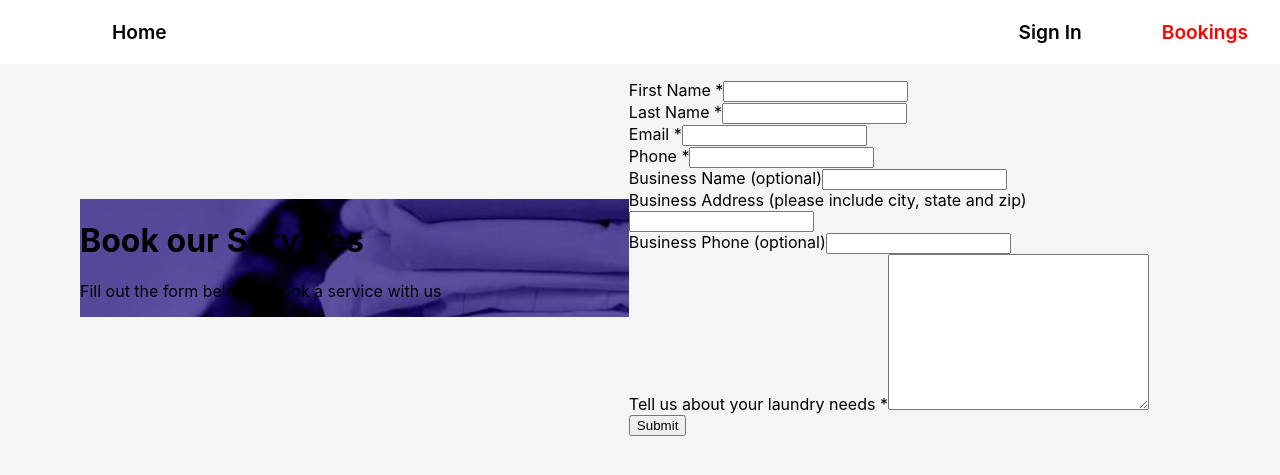
Repository: MikkyPrestige/fake-user-authentication
Page: /booking
An editor plug-in stored every save of this project. The page is shown before and after the next save, followed by the edit.
The browser window is 1280 px wide. The pictures show the whole page.
The project was rebuilt for these pictures with package versions that can differ from the ones it lists, and the page was loaded fresh each time. Also part of the build but not shown: src/assets/styles/home.css, src/components/home.jsx.

Above is the page before, as saved 2022-11-20 03:02:33.

After the next save:
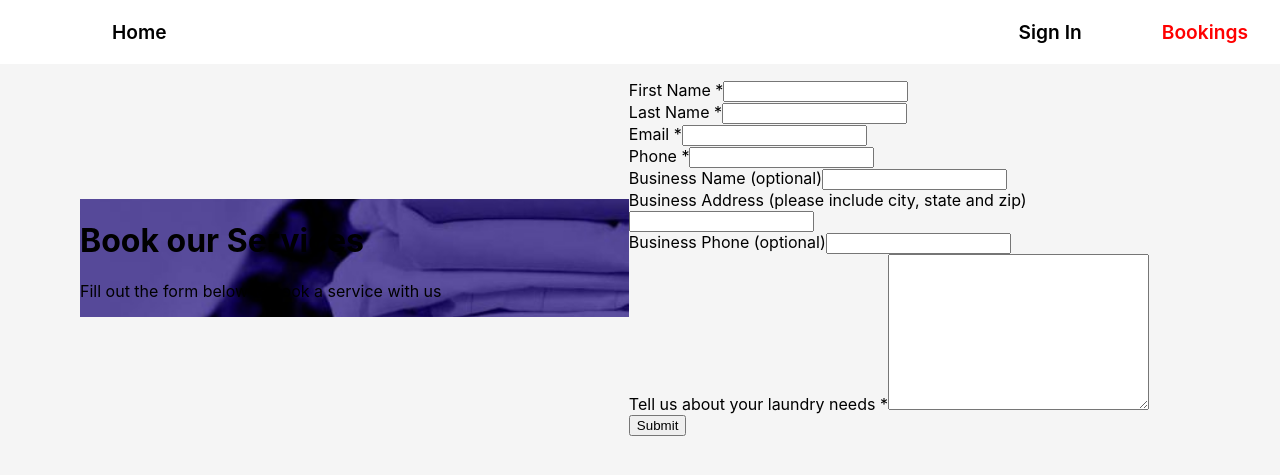
Saved 5 s later.
--- a/src/assets/styles/booking.css
+++ b/src/assets/styles/booking.css
@@ -15,7 +15,7 @@
   background-image: url(../img/folded-clothes.jpeg);
   background-repeat: no-repeat;
   background-size: cover;
-  background-position: center;
+  /* background-position: center; */
   background-attachment: fixed;
   /* height: 100%; */
 }

After the save that followed:
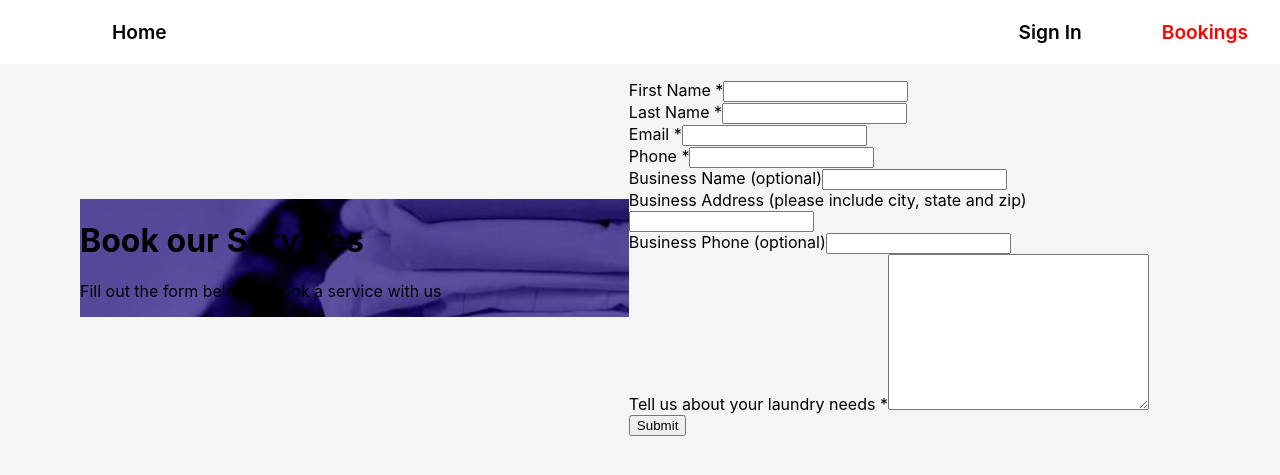
Saved 20 s later.
--- a/src/assets/styles/booking.css
+++ b/src/assets/styles/booking.css
@@ -15,7 +15,7 @@
   background-image: url(../img/folded-clothes.jpeg);
   background-repeat: no-repeat;
   background-size: cover;
-  /* background-position: center; */
+  background-position: center;
   background-attachment: fixed;
   /* height: 100%; */
 }
